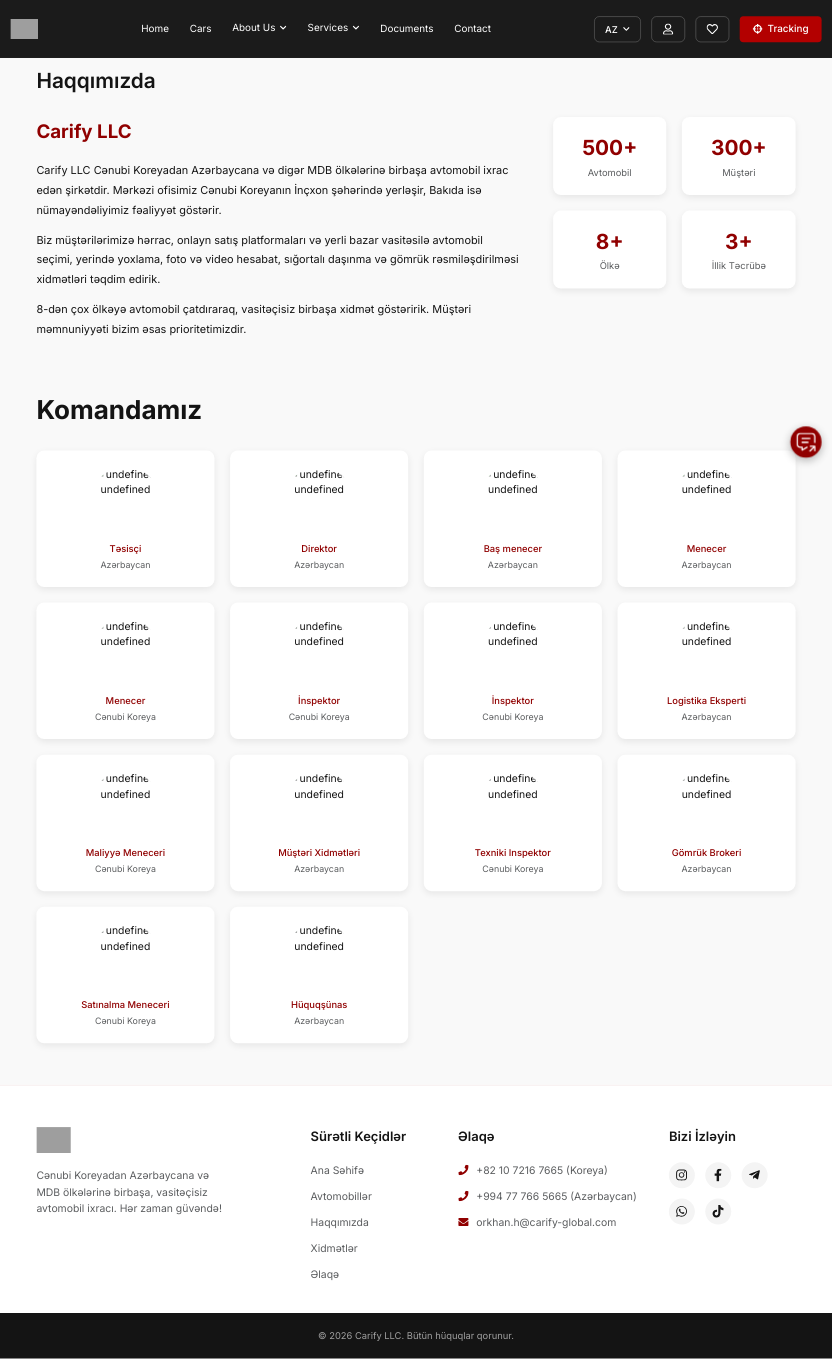
Repository: saidmuradkhan/Carify
Page: /about
These files come from the project's save history. The page is drawn as it stood at one moment and after the next save; the edit follows.
The browser window is 1280 px wide. The pictures show the whole page, at 65% of full size.
Pictures or frames that could not be fetched are drawn as grey boxes. The project was rebuilt for these pictures with package versions that can differ from the ones it lists, and the page was loaded fresh each time. Requests to the local data server were answered from the project's data file. Also part of the build but not shown: vite.config.js, src/Components/Home/Hero.css, src/Components/Home/Hero.jsx, src/Components/Home/Process.jsx, src/Components/Home/WhyUs.css, src/Components/Home/WhyUs.jsx, src/Components/Home/Services.css, src/Components/Home/Services.jsx and 41 more.

Above is the page before, as saved 2026-07-22 11:30:22.

After the next save:
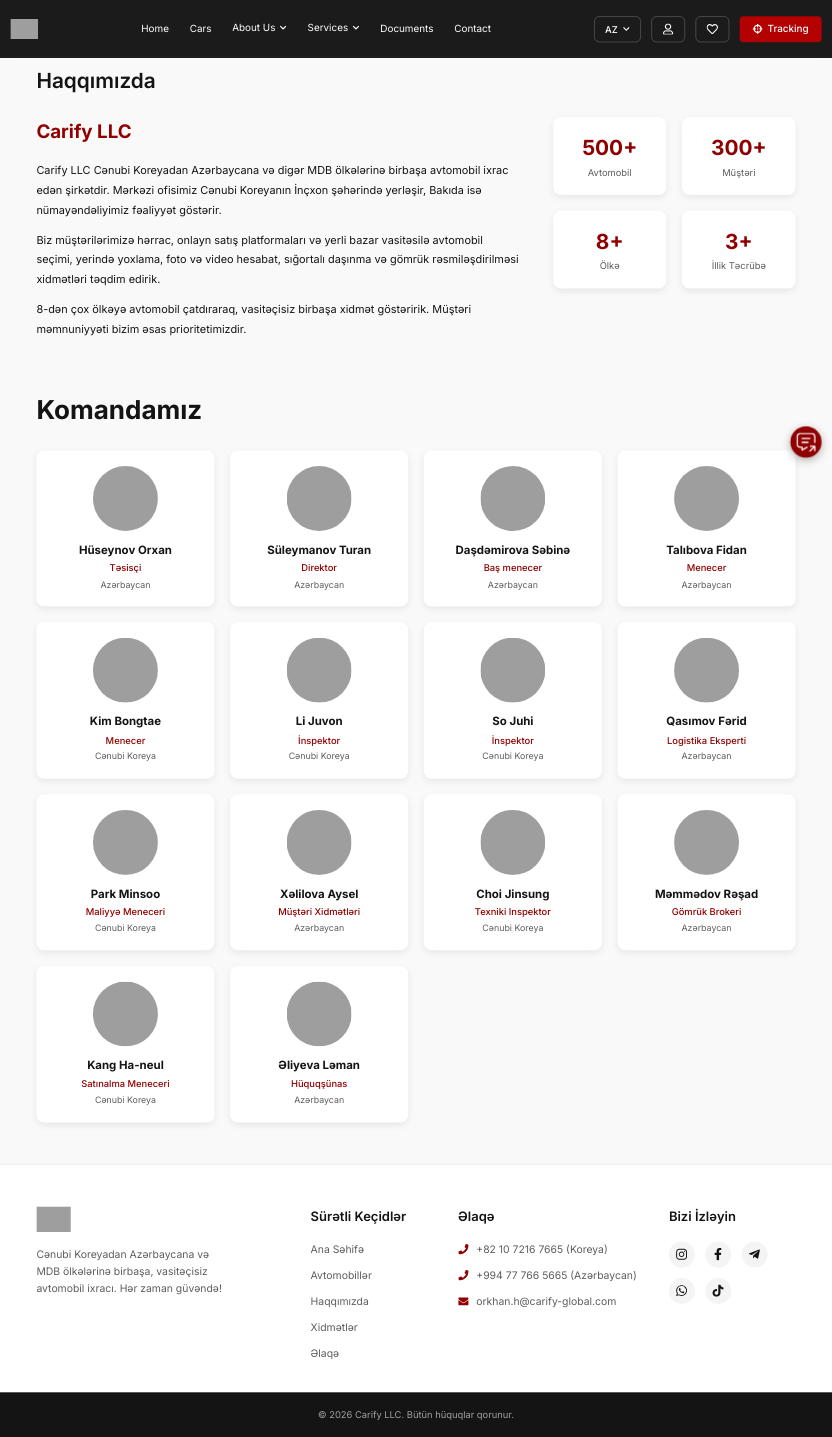
Saved 36 s later.
--- a/src/Components/About/AboutPage.jsx
+++ b/src/Components/About/AboutPage.jsx
@@ -66,9 +66,11 @@
               {team.map(member => (
                 <div key={member.id} className="team-card">
                   <div className="team-photo">
-                    <img src={member.foto_url} alt={`${member.ad} ${member.soyad}`} />
+                    {/* FIX: db.json-da sahə "foto" adlanır, "foto_url" deyil */}
+                    <img src={member.foto} alt={member.ad_soyad} />
                   </div>
-                  <h3>{member.ad} {member.soyad}</h3>
+                  {/* FIX: db.json-da ad və soyad ayrı sahə deyil, tək "ad_soyad" sahəsidir */}
+                  <h3>{member.ad_soyad}</h3>
                   <p className="team-role">{member.vezife}</p>
                   <p className="team-country">{member.olke}</p>
                 </div>
